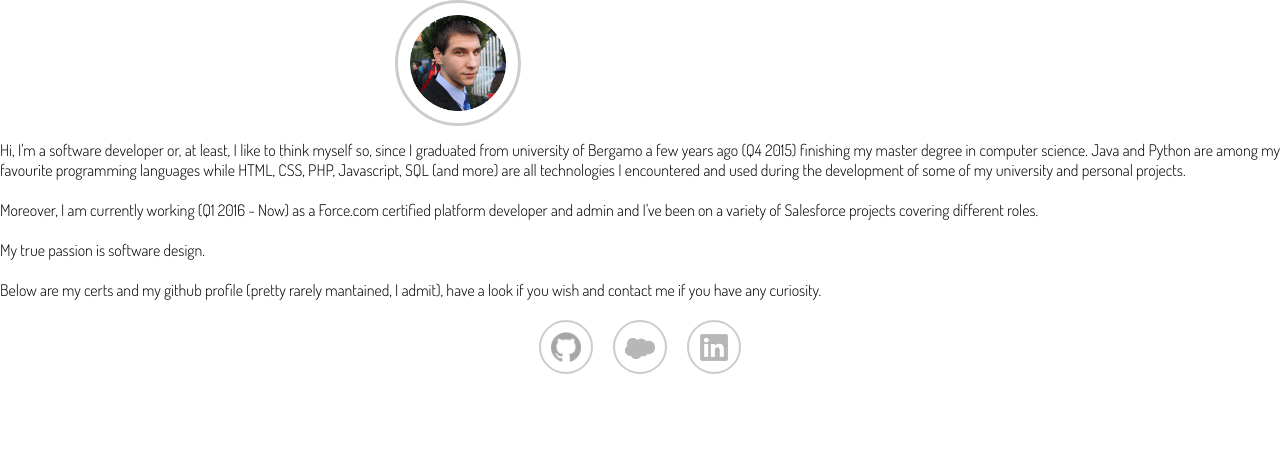
Repository: pcarrara21/pcarrara21.github.io
Page: index.html
These files come from the project's save history. The page is drawn as it stood at one moment and after the next save; the edit follows.
The browser window is 1280 px wide. The pictures show the whole page.
Some web libraries are served in a nearby version.

Above is the page before, as saved 2020-11-22 12:24:01.

### index.html
<!doctype html>
<html class="no-js" lang="">
<head>
	<meta charset="utf-8">
	<meta http-equiv="x-ua-compatible" content="ie=edge">
	<title></title>
	<meta name="description" content="">
	<meta name="viewport" content="width=device-width, initial-scale=1">
	<link rel="stylesheet" href="css/normalize.css">
	<link rel="stylesheet" media="screen and (max-device-width: 500px)" href="css/main_narrow.css" />
	<link rel="stylesheet" media="screen and (min-device-width: 501px)" href="css/main.css" />
	<script src="js/vendor/modernizr-2.8.3.min.js"></script>
</head>
<body>
	<!--[if lt IE 8]>
		<p class="browserupgrade">You are using an <strong>outdated</strong> browser. Please <a href="http://browsehappy.com/">upgrade your browser</a> to improve your experience.</p>
	<![endif]-->
	<link href='https://fonts.googleapis.com/css?family=Ubuntu:500' rel='stylesheet' type='text/css'>
	<link href='https://fonts.googleapis.com/css?family=Dosis:300' rel='stylesheet' type='text/css'>

	<div class="central">
		<div class="header">
			<div class="gif">
				<img src="assets/me.gif" alt="Me" class="img" id="gif"/>
			</div>

			<div class="portrait">
				<img src="assets/portrait.png" alt="portrait" class="img" id="portrait_img"/>
			</div>
		</div>
		<div class="centered container" id="main" align="justify">Hi, I'm a software developer or, at least, I like
				to think myself so, since I graduated from university of Bergamo a few years ago (Q4 2015) finishing my master degree in
				computer science. Java and Python are among my favourite programming languages while HTML, CSS, PHP, Javascript, SQL (and more)
				are all technologies I encountered and used during the development of some of my university and personal projects.
				<br/><br/>
				Moreover, I am currently working (Q1 2016 - Now) as a Force.com certified platform developer and admin
				and I've been on a variety of Salesforce projects covering different roles.
				<br/><br/>
				My true passion is software design.
				<br/><br/>
				Below are my certs and my github profile (pretty rarely mantained, I admit), have a look if you wish and contact me if you have any curiosity.</div>
				<div class="centered container" id="footer">
					<div  class="circle transition" id="circle1" onmouseover="onHover(this.id);" onmouseout="onOut(this.id);">
						<a href="https://github.com/pcarrara21/" target="_blank">
							<img src="assets/git.png" alt="github page" class="img" id="github_img"/>
						</a>
						<div id="github">Github</div>
					</div>
					<div class="circle transition" id="circle2" onmouseover="onHover(this.id);" onmouseout="onOut(this.id);">
						<a href="http://certification.salesforce.com/verification?&fullname=Paolo%20Carrara" target="_blank">
							<img src="assets/salesforce.png" alt="salesforce certifications" class="img" id="salesforce_img"/>
						</a>
						<div id="salesforce">Salesforce</div>
					</div>
					<div class="circle transition" id="circle3" onmouseover="onHover(this.id);" onmouseout="onOut(this.id);">
						<a href="https://it.linkedin.com/in/paolo-carrara-8a6484112" target="_blank">
						<img src="assets/linkedin.png" alt="linkedin profile" class="img" id="linkedin_img"/>
						</a>
						<div id="linkedin">Linkedin</div>
					</div>
				</div>
	</div>

	<script src="https://ajax.googleapis.com/ajax/libs/jquery/1.11.3/jquery.min.js"></script>
	<script>window.jQuery || document.write('<script src="js/vendor/jquery-1.11.3.min.js"><\/script>')</script>
	<script src="js/plugins.js"></script>
	<script src="js/main.js"></script>

	<!-- Google Analytics: change UA-XXXXX-X to be your site's ID. -->
	<script>
		(function(b,o,i,l,e,r){b.GoogleAnalyticsObject=l;b[l]||(b[l]=
		function(){(b[l].q=b[l].q||[]).push(arguments)});b[l].l=+new Date;
		e=o.createElement(i);r=o.getElementsByTagName(i)[0];
		e.src='https://www.google-analytics.com/analytics.js';
		r.parentNode.insertBefore(e,r)}(window,document,'script','ga'));
		ga('create','UA-XXXXX-X','auto');ga('send','pageview');
	</script>
</body>
</html>

### css/main.css
.header{
	width: 50%;
    margin: 0 auto;
}

.centered{
    width: 100%;
    margin: 0 auto;
}



.container{
    display: flex;
    flex-direction: row;
    flex-wrap: wrap;
    justify-content: center;
    align-items: center;
}

.gif{
    display: inline-block;
    margin-bottom: 55px;

    width: 64px;
    height: 39px;
}

.portrait{
    display: inline-block;
    width: 120px;
    height: 120px;
    margin-left: 7px;
    margin-bottom: 10px;
    -webkit-border-radius: 50%;
    -moz-border-radius: 50%;
    border-radius: 50%;
    border: 3px solid #CCCCCC;
}

.circle{
    display: table-cell;
    display: inline-block;
    width: 50px;
    height: 50px;
    margin: 10px;
    -webkit-border-radius: 50%;
    -moz-border-radius: 50%;
    border-radius: 50%;
    border: 2px solid #CCCCCC;
}

.transition{
    transition: .15s;
    -moz-transition: .15s;
    -webkit-transition: .15s;
    -o-transition: .15s;
    -ms-transition: .15s;
}

.circle:hover{
    width: 62px;
    height: 62px;
    display:inline-block;
    text-align: center;
}

.img{
    margin: 0 auto;
    display: block;
}

.test{
   display: none;
}

a:focus{
    outline: 0;
}

#header{
    font-family: 'Ubuntu', sans-serif;
    margin-bottom: 5px;
}

#main{
    font-family: 'Dosis', sans-serif;
    margin-bottom: 5px;
}

#footer{
    margin-top: 10px;
}

#portrait_img{
    max-width: 80%;
    margin-top: 10%;
}

#github_img{
    max-width: 60%;
    margin-top: 20%;
}

#salesforce_img{
    max-width: 60%;
    margin-top: 31%;
}

#mail_img{
    max-width: 60%;
    margin-top: 27%;
}

#linkedin_img{                /* restricting width dinamically */
    max-width: 55%;
    margin-top: 23%;
}

#github{
    font-family: 'Ubuntu', sans-serif;
    font-size: 13px;
    margin-top: 15px;
    visibility: hidden;
}

#mail{
    font-family: 'Ubuntu', sans-serif;
    font-size: 13px;
    margin-top: 19px;
    visibility: hidden;
}

#salesforce{
    font-family: 'Ubuntu', sans-serif;
    font-size: 13px;
    margin-top: 19px;
    visibility: hidden;
}

#linkedin{
    font-family: 'Ubuntu', sans-serif;
    font-size: 13px;
    margin-top: 17px;
    visibility: hidden;
}

### js/plugins.js
// Avoid `console` errors in browsers that lack a console.
(function() {
    var method;
    var noop = function () {};
    var methods = [
        'assert', 'clear', 'count', 'debug', 'dir', 'dirxml', 'error',
        'exception', 'group', 'groupCollapsed', 'groupEnd', 'info', 'log',
        'markTimeline', 'profile', 'profileEnd', 'table', 'time', 'timeEnd',
        'timeline', 'timelineEnd', 'timeStamp', 'trace', 'warn'
    ];
    var length = methods.length;
    var console = (window.console = window.console || {});

    while (length--) {
        method = methods[length];

        // Only stub undefined methods.
        if (!console[method]) {
            console[method] = noop;
        }
    }
}());

// Place any jQuery/helper plugins in here.

### js/main.js
function onHover(id){
    switch(id){
        case "circle1":
            $("#github_img").attr('src', 'assets/git1.png');
            document.getElementById("github").style.visibility = 'visible';
            break;
        case "circle2":
            $("#salesforce_img").attr('src', 'assets/salesforce1.png');
            document.getElementById("salesforce").style.visibility = 'visible';
            break;
        case "circle3":
            $("#linkedin_img").attr('src', 'assets/linkedin1.png');
            document.getElementById("linkedin").style.visibility = 'visible';
            break;
    }
}

function onOut(id){
    switch(id){
        case "circle1":
            $("#github_img").attr('src', 'assets/git.png');
            document.getElementById("github").style.visibility = 'hidden';
            break;
        case "circle2":
            $("#salesforce_img").attr('src', 'assets/salesforce.png');
            document.getElementById("salesforce").style.visibility = 'hidden';
            break;
        case "circle3":
            $("#linkedin_img").attr('src', 'assets/linkedin.png');
            document.getElementById("linkedin").style.visibility = 'hidden';
            break;
    }
}

### css/main_narrow.css
/*! HTML5 Boilerplate v5.2.0 | MIT License | https://html5boilerplate.com/ */

/*
 * What follows is the result of much research on cross-browser styling.
 * Credit left inline and big thanks to Nicolas Gallagher, Jonathan Neal,
 * Kroc Camen, and the H5BP dev community and team.
 */

/* ==========================================================================
   Base styles: opinionated defaults
   ========================================================================== */

   html {
    color: #222;
    font-size: 1em;
    line-height: 1.4;
}

/*
 * Remove text-shadow in selection highlight:
 * https://twitter.com/miketaylr/status/12228805301
 *
 * These selection rule sets have to be separate.
 * Customize the background color to match your design.
 */

::-moz-selection {
    background: #b3d4fc;
    text-shadow: none;
}

::selection {
    background: #b3d4fc;
    text-shadow: none;
}

/*
 * A better looking default horizontal rule
 */

hr {
    display: block;
    height: 1px;
    border: 0;
    border-top: 1px solid #ccc;
    margin: 1em 0;
    padding: 0;
}

/*
 * Remove the gap between audio, canvas, iframes,
 * images, videos and the bottom of their containers:
 * https://github.com/h5bp/html5-boilerplate/issues/440
 */

audio,
canvas,
iframe,
img,
svg,
video {
    vertical-align: middle;
}

/*
 * Remove default fieldset styles.
 */

fieldset {
    border: 0;
    margin: 0;
    padding: 0;
}

/*
 * Allow only vertical resizing of textareas.
 */

textarea {
    resize: vertical;
}

/* ==========================================================================
   Browser Upgrade Prompt
   ========================================================================== */

.browserupgrade {
    margin: 0.2em 0;
    background: #ccc;
    color: #000;
    padding: 0.2em 0;
}

/* ==========================================================================
   Author's custom styles
   ========================================================================== */

.centered{
    width: 100%;
    margin: 0 auto;
}

.central{
    width: 90vw;
    position: absolute;
    top: 5%;
    bottom: 0;
    left: 0;
    right: 0;
    margin: auto;
}

.container{
    display: flex;
    flex-direction: row;
    flex-wrap: wrap;
    justify-content: center;
    align-items: center;
}

.gif{
    display: inline-block;
    margin-bottom: 55px;
    margin-left:50px;
    width: 64px;
    height: 39px;
}

.portrait{
    display: inline-block;
    width: 120px;
    height: 120px;
    margin-left: 7px;
    margin-bottom: 10px;
    -webkit-border-radius: 50%;
    -moz-border-radius: 50%;
    border-radius: 50%;
    border: 3px solid #CCCCCC;
}

.circle{
    display: table-cell;
    display: inline-block;
    width: 50px;
    height: 50px;
    margin: 10px;
    -webkit-border-radius: 50%;
    -moz-border-radius: 50%;
    border-radius: 50%;
    border: 2px solid #CCCCCC;
}

.transition{
    transition: .15s;
    -moz-transition: .15s;
    -webkit-transition: .15s;
    -o-transition: .15s;
    -ms-transition: .15s;
}

.circle:hover{
    width: 62px;
    height: 62px;
    display:inline-block;
    text-align: center;
}

.img{
    margin: 0 auto;
    display: block;
}

.test{
   display: none;
}

a:focus{
    outline: 0;
}

#header{
    font-family: 'Ubuntu', sans-serif;
    margin-bottom: 5px;
}

#main{
    font-family: 'Dosis', sans-serif;
    margin-bottom: 5px;
}

#portrait_img{
    max-width: 80%;
    margin-top: 10%;
}

#github_img{
    max-width: 60%;
    margin-top: 20%;
}

#salesforce_img{
    max-width: 60%;
    margin-top: 31%;
}

#mail_img{
    max-width: 60%;
    margin-top: 27%;
}

#linkedin_img{                /* restricting width dinamically */
    max-width: 55%;
    margin-top: 23%;
}

#github{
    font-family: 'Ubuntu', sans-serif;
    font-size: 13px;
    margin-top: 15px;
    visibility: hidden;
}

#mail{
    font-family: 'Ubuntu', sans-serif;
    font-size: 13px;
    margin-top: 19px;
    visibility: hidden;
}

#salesforce{
    font-family: 'Ubuntu', sans-serif;
    font-size: 13px;
    margin-top: 19px;
    visibility: hidden;
}

#linkedin{
    font-family: 'Ubuntu', sans-serif;
    font-size: 13px;
    margin-top: 17px;
    visibility: hidden;
}
/* ==========================================================================
   Helper classes
   ========================================================================== */

/*
 * Hide visually and from screen readers:
 */

.hidden {
    display: none !important;
}

/*
 * Hide only visually, but have it available for screen readers:
 * http://snook.ca/archives/html_and_css/hiding-content-for-accessibility
 */

.visuallyhidden {
    border: 0;
    clip: rect(0 0 0 0);
    height: 1px;
    margin: -1px;
    overflow: hidden;
    padding: 0;
    position: absolute;
    width: 1px;
}

/*
 * Extends the .visuallyhidden class to allow the element
 * to be focusable when navigated to via the keyboard:
 * https://www.drupal.org/node/897638
 */

.visuallyhidden.focusable:active,
.visuallyhidden.focusable:focus {
    clip: auto;
    height: auto;
    margin: 0;
    overflow: visible;
    position: static;
    width: auto;
}

/*
 * Hide visually and from screen readers, but maintain layout
 */

.invisible {
    visibility: hidden;
}

/*
 * Clearfix: contain floats
 *
 * For modern browsers
 * 1. The space content is one way to avoid an Opera bug when the
 *    `contenteditable` attribute is included anywhere else in the document.
 *    Otherwise it causes space to appear at the top and bottom of elements
 *    that receive the `clearfix` class.
 * 2. The use of `table` rather than `block` is only necessary if using
 *    `:before` to contain the top-margins of child elements.
 */

.clearfix:before,
.clearfix:after {
    content: " "; /* 1 */
    display: table; /* 2 */
}

.clearfix:after {
    clear: both;
}

/* ==========================================================================
   EXAMPLE Media Queries for Responsive Design.
   These examples override the primary ('mobile first') styles.
   Modify as content requires.
   ========================================================================== */

@media only screen and (min-width: 35em) {
    /* Style adjustments for viewports that meet the condition */
}

@media print,
       (-webkit-min-device-pixel-ratio: 1.25),
       (min-resolution: 1.25dppx),
       (min-resolution: 120dpi) {
    /* Style adjustments for high resolution devices */
}

/* ==========================================================================
   Print styles.
   Inlined to avoid the additional HTTP request:
   http://www.phpied.com/delay-loading-your-print-css/
   ========================================================================== */

@media print {
    *,
    *:before,
    *:after {
        background: transparent !important;
        color: #000 !important; /* Black prints faster:
                                   http://www.sanbeiji.com/archives/953 */
        box-shadow: none !important;
        text-shadow: none !important;
    }

    a,
    a:visited {
        text-decoration: underline;
    }

    a[href]:after {
        content: " (" attr(href) ")";
    }

    abbr[title]:after {
        content: " (" attr(title) ")";
    }

    /*
     * Don't show links that are fragment identifiers,
     * or use the `javascript:` pseudo protocol
     */

    a[href^="#"]:after,
    a[href^="javascript:"]:after {
        content: "";
    }

    pre,
    blockquote {
        border: 1px solid #999;
        page-break-inside: avoid;
    }

    /*
     * Printing Tables:
     * http://css-discuss.incutio.com/wiki/Printing_Tables
     */

    thead {
        display: table-header-group;
    }

    tr,
    img {
        page-break-inside: avoid;
    }

    img {
        max-width: 100% !important;
    }

    p,
    h2,
    h3 {
        orphans: 3;
        widows: 3;
    }

    h2,
    h3 {
        page-break-after: avoid;
    }
}

Loaded but not shown: css/normalize.css (library); js/vendor/modernizr-2.8.3.min.js (library)

After the next save:
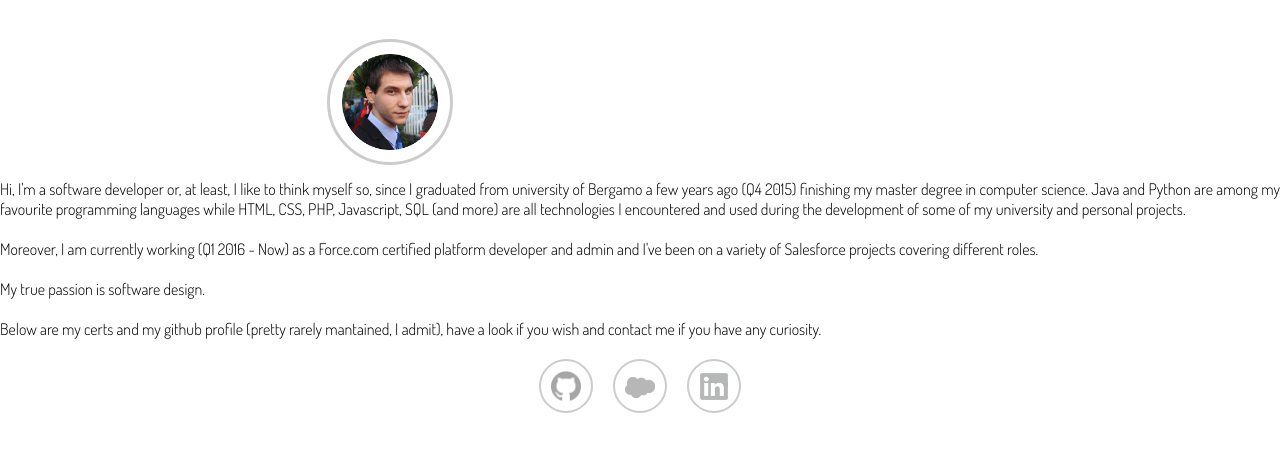
Saved 57 s later.
--- a/css/main.css
+++ b/css/main.css
@@ -16,14 +16,6 @@
     flex-wrap: wrap;
     justify-content: center;
     align-items: center;
-}
-
-.gif{
-    display: inline-block;
-    margin-bottom: 55px;
-
-    width: 64px;
-    height: 39px;
 }
 
 .portrait{
